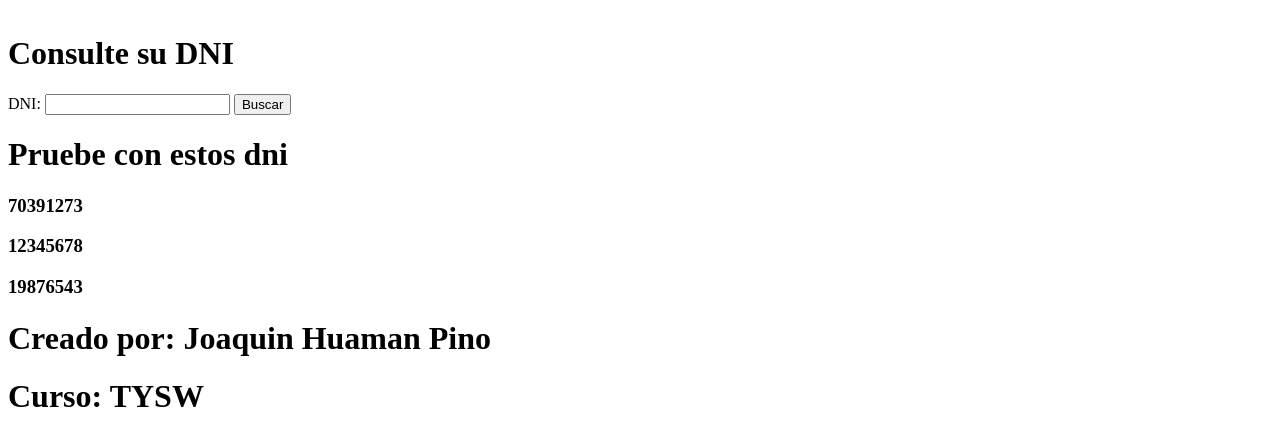
Repository: quino22/ulasalle
Page: ev3-70391273/war/index.html
These files come from the project's save history. The page is drawn as it stood at one moment and after the next save; the edit follows.
The browser window is 1280 px wide. The pictures show the whole page.

Above is the page before, as saved 2016-11-04 21:04:04.

### ev3-70391273/war/index.html
<!DOCTYPE HTML PUBLIC "-//W3C//DTD HTML 4.01 Transitional//EN">
<!-- The HTML 4.01 Transitional DOCTYPE declaration-->
<!-- above set at the top of the file will set     -->
<!-- the browser's rendering engine into           -->
<!-- "Quirks Mode". Replacing this declaration     -->
<!-- with a "Standards Mode" doctype is supported, -->
<!-- but may lead to some differences in layout.   -->

<html>
  <head>
    <meta http-equiv="content-type" content="text/html; charset=UTF-8">
    <title>Evidencia 3</title>
  </head>

  <body>
  	<table>
  		  <td colspan="2" style="font-weight:bold;"></td>
  	</table>
    <h1>Consulte su DNI</h1>

	<form action="/ev3_70391273" method="get">
		DNI: <input type="text" name="dni">
		<input type="submit" value="Buscar">
	</form>
	<h1>Pruebe con estos dni</h1>
	<h3>70391273</h3>
	<h3>12345678</h3>
	<h3>19876543</h3>
	<h1>Creado por: Joaquin Huaman Pino</h1>
	<h1>Curso: TYSW </h1>
  </body>
</html>

After the next save:
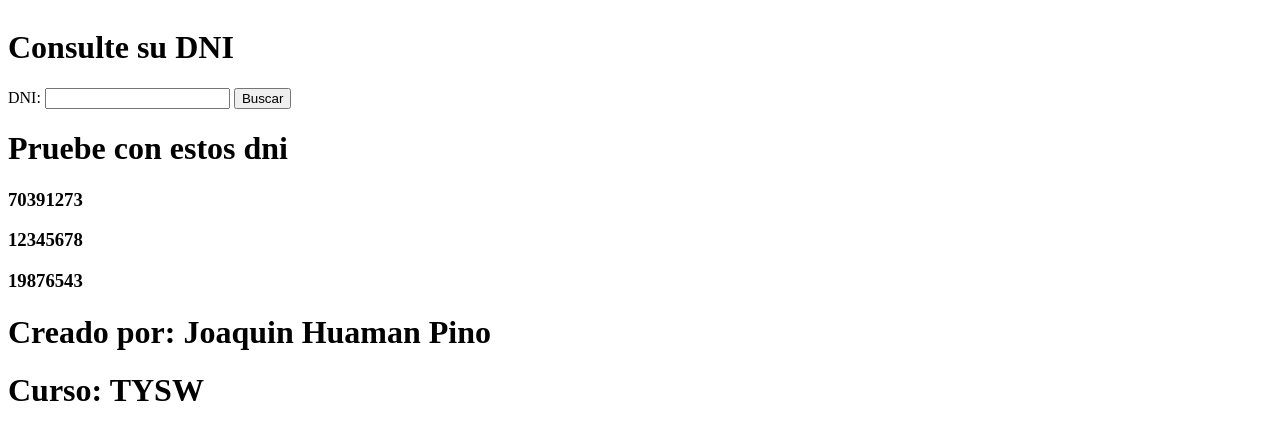
Saved 16 s later.
--- a/ev3-70391273/war/index.html
+++ b/ev3-70391273/war/index.html
@@ -14,7 +14,7 @@
 
   <body>
   	<table>
-  		  <td colspan="2" style="font-weight:bold;"></td>
+
   	</table>
     <h1>Consulte su DNI</h1>
 

After the save that followed:
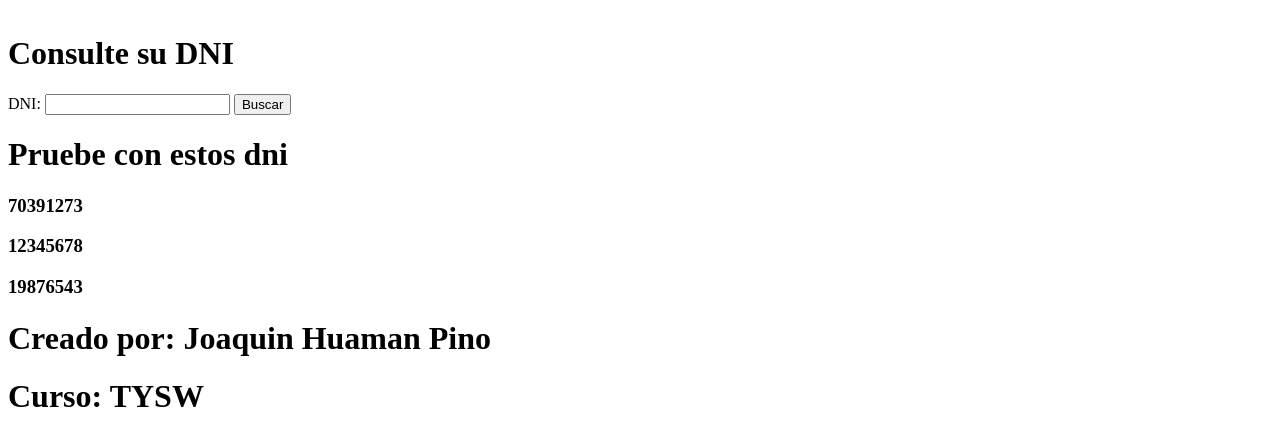
Saved 14 s later.
--- a/ev3-70391273/war/index.html
+++ b/ev3-70391273/war/index.html
@@ -14,7 +14,9 @@
 
   <body>
   	<table>
-
+  		  <tr>
+  		  	<td></td>
+  		  </tr>
   	</table>
     <h1>Consulte su DNI</h1>
 
